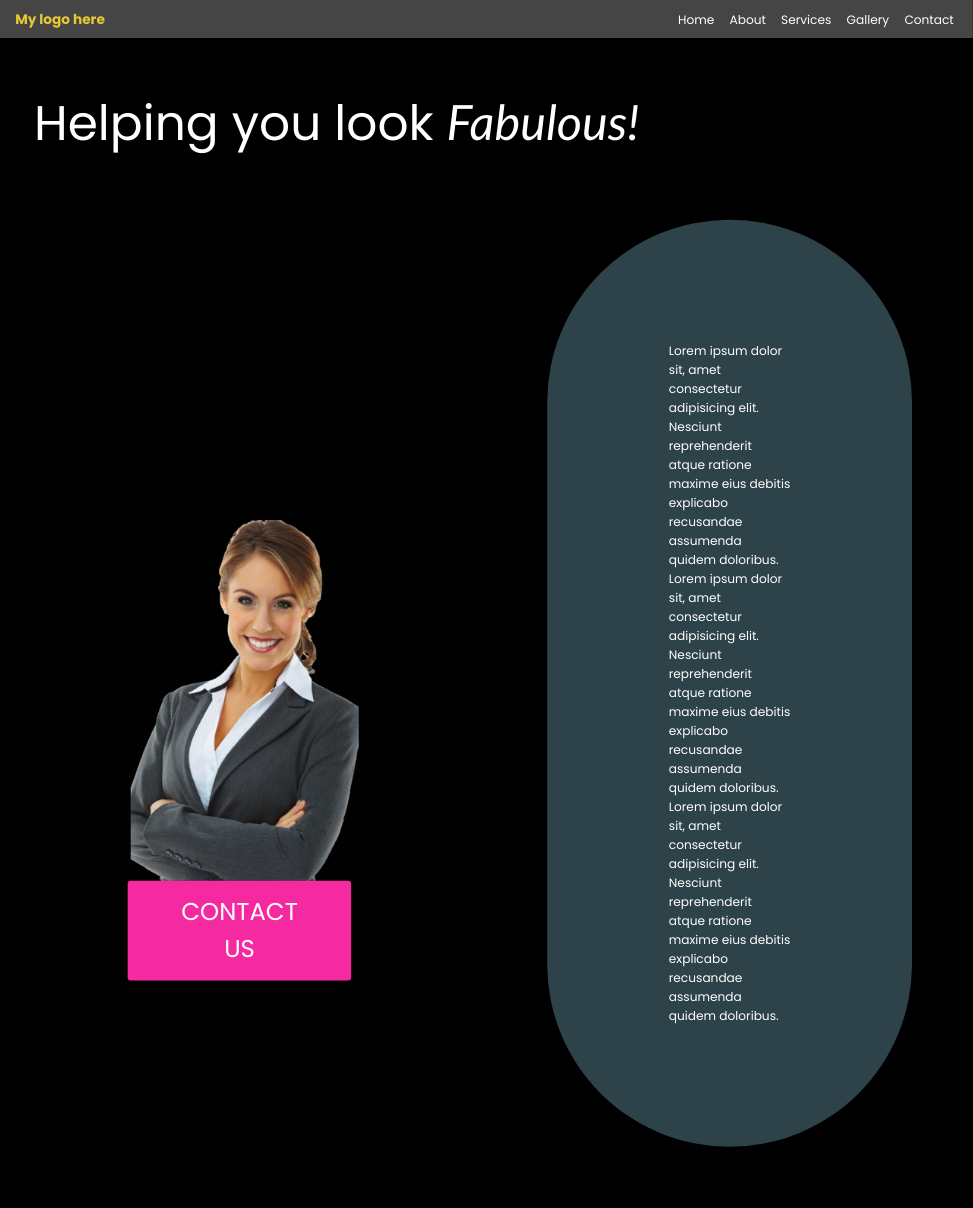
Repository: buzzedison/gardens
Page: index.html
An editor plug-in stored every save of this project. The page is shown before and after the next save, followed by the edit.
The browser window is 1280 px wide. The pictures show the whole page, at 76% of full size.

Above is the page before, as saved 2022-01-12 20:26:26.

After the next save:
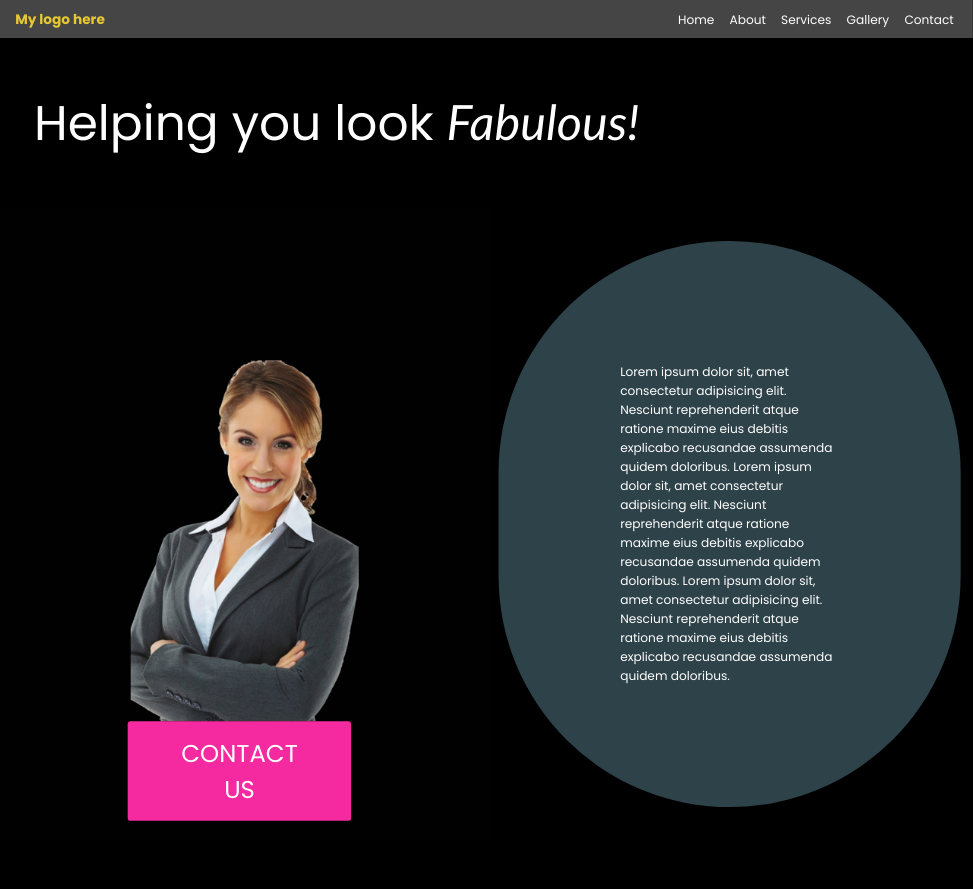
Saved 5 s later.
--- a/css/styles.css
+++ b/css/styles.css
@@ -170,7 +170,7 @@ ul li:hover {
 
 }
 
-.gridb{
+.grida{
   align-self: end;
   margin:4em;
 }
